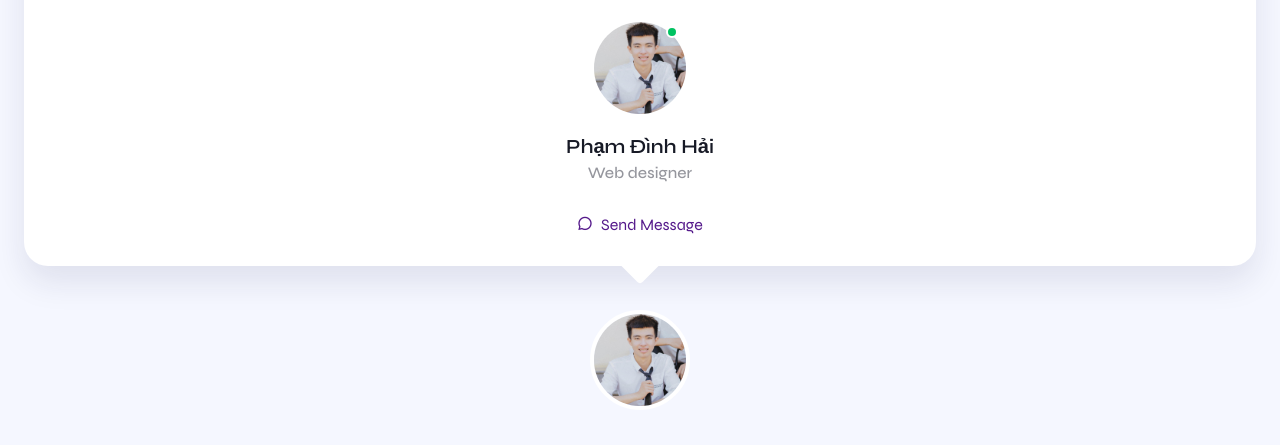
Repository: dinhhaidh/Profile
Page: index.html
The author's editor kept a copy of each file at every save. The page is drawn from the files as they stood at one save, then again after a run of saves.
The browser window is 1280 px wide. The pictures show the whole page.
Some web libraries are served in a nearby version.

Above is the page before, as saved 2024-02-29 09:29:44.

### index.html
<!DOCTYPE html>
<html lang="en">
<head>
    <meta charset="UTF-8">
    <meta name="viewport" content="width=device-width, initial-scale=1.0">

    <!--=============== REMIXICONS ===============-->
    <link rel="stylesheet" href="https://cdnjs.cloudflare.com/ajax/libs/remixicon/4.0.1/remixicon.css">

    <!--=============== CSS ===============-->
    <link rel="stylesheet" href="style.css">

    <title>Profile card with tooltip</title>
</head>
<body>
    <div class="container">
        <article class="card__article">
            <div class="card__profile">
                <img src="./img/img.jpg" alt="image" class="card__profile-img">
            </div>

            <div class="card__tooltip">
                <div class="card__content">
                    <header class="card__header">
                        <span>Social</span>

                        <div class="card__social">
                            <a href="https://www.linkedin.com" target="_blank">
                                <i class="ri-linkedin-box-line"></i>
                            </a>

                            <a href="https://www.github.com" target="_blank">
                                <i class="ri-github-fill"></i>
                            </a>

                            <a href="https://www.dribbble.com" target="_blank">
                                <i class="ri-dribbble-line"></i>
                            </a>
                        </div>
                    </header>

                    <div class="card__data">
                        <div class="card__image">
                            <div class="card__mask">
                                <img src="./img/img.jpg" alt="image" class="card__img">
                            </div>

                            <span class="card__status">

                            </span>
                        </div>
                        <h2 class="card__name">Phạm Đình Hải</h2>
                        <h3 class="card__profession">Web designer</h3>

                        <a href="" class="card__button">
                            <i class="ri-chat-3-line"></i> <span>Send Message</span>
                        </a>
                    </div>
                </div>
            </div>
        </article>
    </div>
</body>
</html>

### style.css
/*=============== GOOGLE FONTS ===============*/
@import url("https://fonts.googleapis.com/css2?family=Syne:wght@400;500;600&display=swap");

/*=============== VARIABLES CSS ===============*/
:root {
    /*========== Colors ==========*/
    /*Color mode HSL(hue, saturation, lightness)*/
    --first-color: hsl(230, 100%, 50%);
    --second-color: hsl(150, 100%, 38%);
    --title-color: hsl(230, 24%, 12%);
    --text-color: hsl(230, 4%, 60%);
    --gray-color: hsl(230, 24%, 88%);
    --border-color: hsl(230, 4%, 92%);
    --body-color: hsl(230, 100%, 98%);
    --container-color: hsl(0, 0%, 100%);

    /*========== Font and typography ==========*/
    /*.5rem = 8px | 1rem = 16px ...*/
    --body-font: "Syne", sans-serif;
    --h2-font-size: 1.25rem;
    --normal-font-size: 1rem;
}

/*=============== BASE ===============*/
* {
    box-sizing: border-box;
    padding: 0;
    margin: 0;
}

body {
    font-family: var(--body-font);
    font-size: var(--normal-font-size);
    background-color: var(--body-color);
    color: var(--text-color);
}

a {
    text-decoration: none;
}

img {
    display: block;
    max-width: 100%;
    height: auto;
}

/*=============== CARD ===============*/
.container {
    height: 100vh;
    display: grid;
    place-items: center;
    margin-inline: 1.5rem;
    padding-block: 7rem;
}

.card__article {
    position: relative;
    align-items: flex-end;
    display: flex;
    justify-content: center;
}

.card__profile,
.card__mask {
    width: 100px;
    height: 100px;
    background-color: var(--gray-color);
    border-radius: 50%;
    overflow: hidden;
    display: flex;
    align-items: flex-end;
    justify-content: center;
    border: 4px solid var(--container-color);
    z-index: 5;
}

.card__profile img,
.card__mask img {
    width: 95px;
}

.card__tooltip {
    position: absolute;
    bottom: 4rem;
    padding-bottom: 5rem;
    /* transition: opacity .4s, bottom .4s cubic-bezier(.6, -.5, .3, 1.5);
    pointer-events: none;
    opacity: 0; */
}

.card__content {
    position: relative;
    width: calc(100vw - 3rem);
    background-color: var(--container-color);
    box-shadow: 0 16px 32px hsla(230, 50%, 20%, .1);
    padding: 2rem 1.5rem;
    border-radius: 1.5rem;
}

.card__content::after {
    content: "";
    width: 32px;
    height: 32px;
    background-color: var(--container-color);
    position: absolute;
    left: 0;
    right: 0;
    bottom: -.75rem;
    margin-inline: auto;
    border-radius: .25rem;
    rotate: 45deg;
}

.card__header {
    display: flex;
    justify-content: space-between;
    align-items: center;
    border-bottom: 1px solid var(--border-color);
    padding-bottom: 1.5rem;
    margin-bottom: 1.5rem;
}
.card__header span{
    color: var(--title-color);
    font-weight: 500;
}

.card__social {
    display: flex;
    column-gap: .75rem;
}

.card__social a{
    font-size: 1.25rem;
    color: var(--title-color);
}

.card__data {
    text-align: center;
}

.card__image {
    width: 100px;
    height: 100px;
    position: relative;
    margin: 0 auto 1rem;
}

.card__img {}

.card__status {
    width: 12px;
    height: 12px;
    background-color: var(--second-color);
    position: absolute;
    top: .5rem;
    right: 0.75rem;
    border-radius: 50%;
    border: 2px solid var(--container-color);
}

.card__name {
    font-size: var(--h2-font-size);
    color: var(--title-color);
    font-weight: 600;
    margin-bottom: .25rem;
}

.card__profession {
    font-size: var(--normal-font-size);
    font-weight: 500;
    margin-bottom: 2rem;
}

.card__button {
    display: inline-flex;
    column-gap: .5rem;

}

.ri-chat-3-line {}

/* Scale profile image */


/* Show tooltip card */


/*=============== BREAKPOINTS ===============*/
/* For medium devices */

After the next 2 saves:
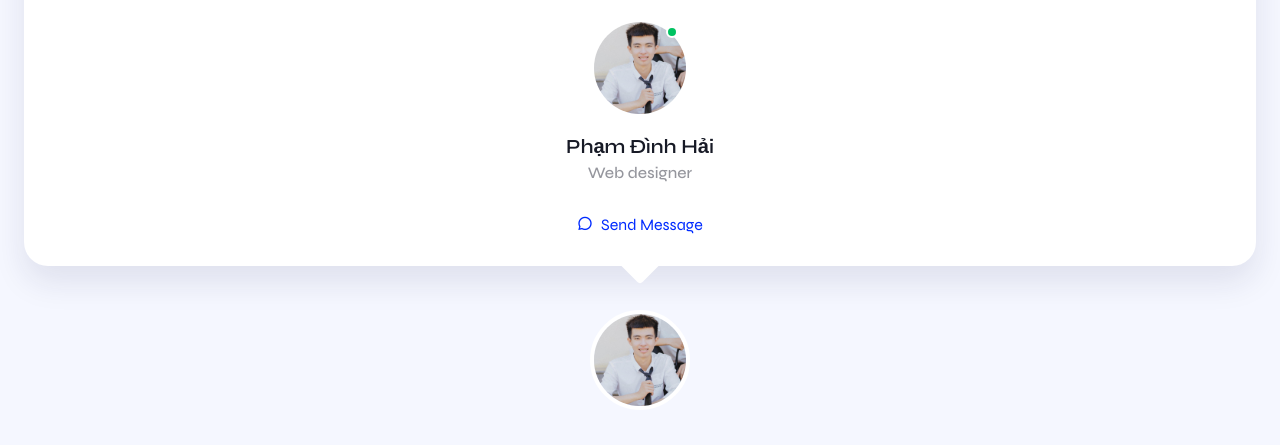
The 2 saves are shown as one change because they came seconds apart.
The last was saved 7 s later.
--- a/style.css
+++ b/style.css
@@ -175,6 +175,7 @@ img {
 .card__button {
     display: inline-flex;
     column-gap: .5rem;
+    color: var(--first-color);
 
 }
 
